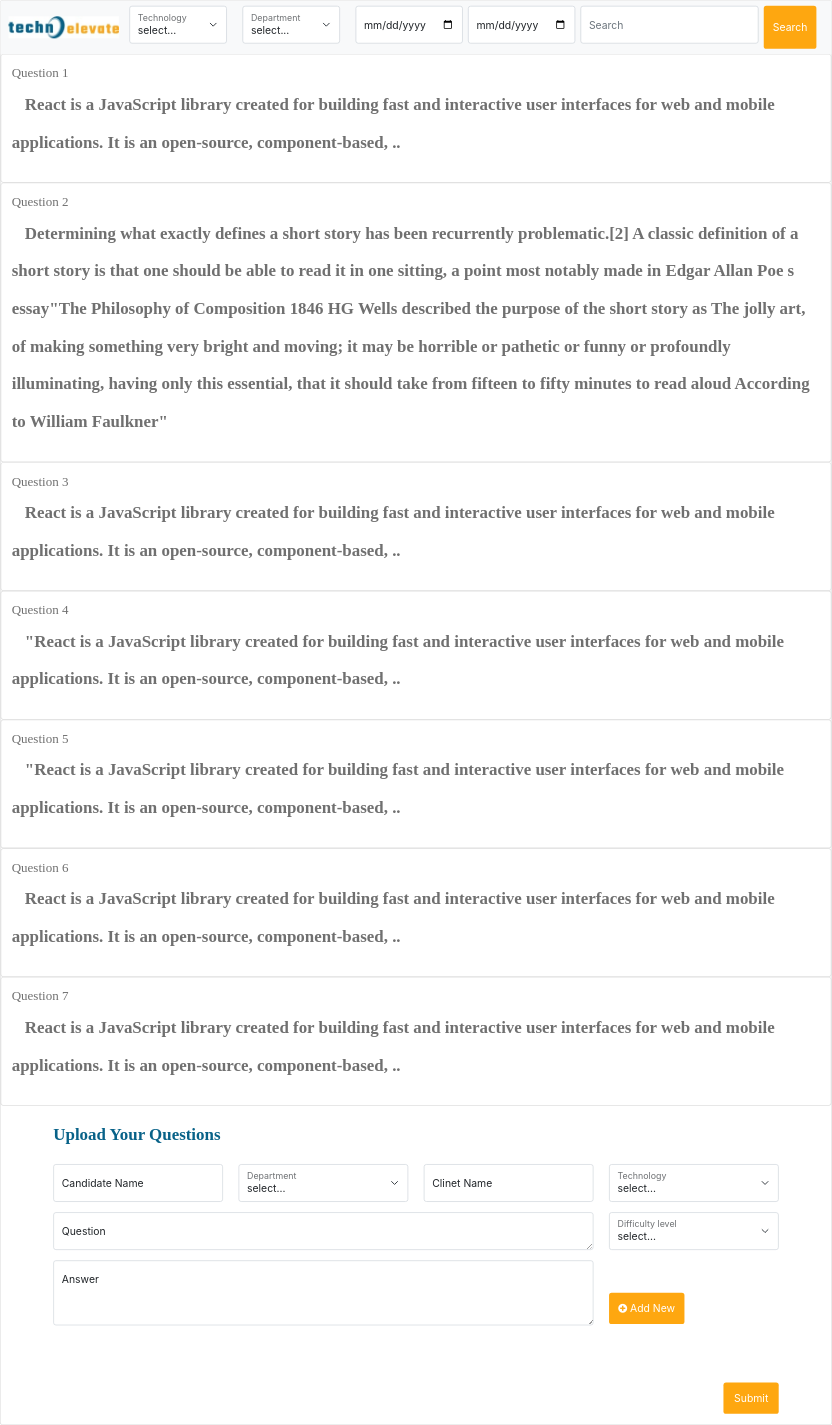
Repository: aajoshi3/casestudy
Page: /Search
These files come from the project's save history. The page is drawn as it stood at one moment and after the next save; the edit follows.
The browser window is 1280 px wide. The pictures show the whole page, at 65% of full size.
The project was rebuilt for these pictures with package versions that can differ from the ones it lists, and the page was loaded fresh each time. Also part of the build but not shown: src/components/CustomNavbar3.js.

Above is the page before, as saved 2021-10-10 18:04:55.

After the next save:
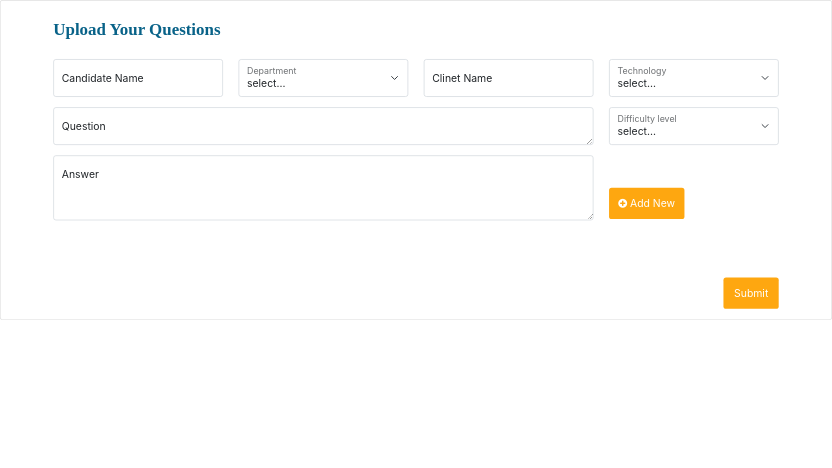
Saved 16 s later.
--- a/src/App.js
+++ b/src/App.js
@@ -13,12 +13,10 @@
 
 function App() {
   return (
-    <BrowserRouter>
+
     <div className="App">
 
 <Card>
-<CustomNavbar />
-{routing}
 {/* <CustomNav2 /> */}
 {/* <CustomNavbar3 /> */}
   <Card.Body>
@@ -113,7 +111,7 @@
       </Card.Body>
       </Card>
     </div>
-    </BrowserRouter>
+
   );
 }
 
